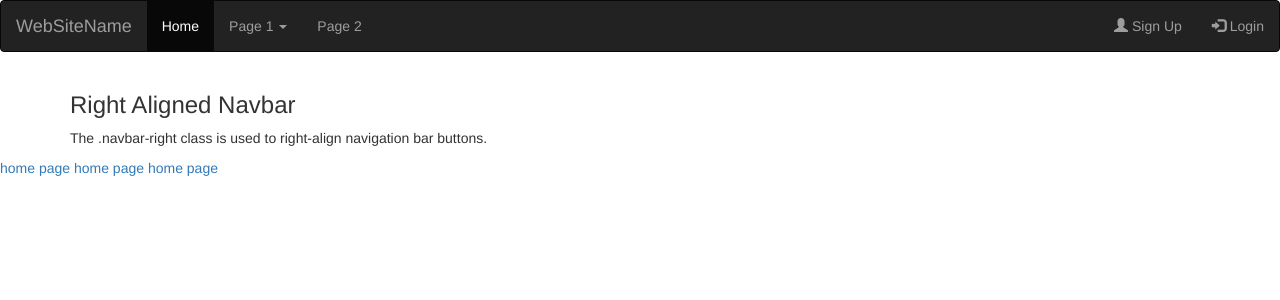
Repository: Shaheenkhan/MECHRONICS
Page: http://localhost/MECHRONICS/
An editor plug-in stored every save of this project. The page is shown before and after the next save, followed by the edit.
The browser window is 1280 px wide. The pictures show the whole page.
The page is served by Tomcat 9. Other server files are loaded and not shown.

Above is the page before, as saved 2016-10-24 07:37:39.

### MECHRONICS/src/main/webapp/index.jsp
<jsp:include page="WEB-INF/views/commonheader.jsp"></jsp:include>



<a href="home">home page</a>

<a href="home">home page</a>

<a href="home">home page</a>

### MECHRONICS/src/main/webapp/WEB-INF/views/commonheader.jsp
<!DOCTYPE html>
<html lang="en">
<head>
  <title>Bootstrap Case</title>
  <meta charset="utf-8">
  <meta name="viewport" content="width=device-width, initial-scale=1">
  <link rel="stylesheet" href="https://maxcdn.bootstrapcdn.com/bootstrap/3.3.7/css/bootstrap.min.css">
  <script src="https://ajax.googleapis.com/ajax/libs/jquery/1.12.4/jquery.min.js"></script>
  <script src="https://maxcdn.bootstrapcdn.com/bootstrap/3.3.7/js/bootstrap.min.js"></script>
</head>
<body>

<nav class="navbar navbar-inverse">
  <div class="container-fluid">
    <div class="navbar-header">
      <a class="navbar-brand" href="#">WebSiteName</a>
    </div>
    <ul class="nav navbar-nav">
      <li class="active"><a href="#">Home</a></li>
      <li class="dropdown"><a class="dropdown-toggle" data-toggle="dropdown" href="#">Page 1 <span class="caret"></span></a>
        <ul class="dropdown-menu">
          <li><a href="#">Page 1-1</a></li>
          <li><a href="#">Page 1-2</a></li>
          <li><a href="#">Page 1-3</a></li>
        </ul>
      </li>
      <li><a href="#">Page 2</a></li>
    </ul>
    <ul class="nav navbar-nav navbar-right">
      <li><a href="#"><span class="glyphicon glyphicon-user"></span> Sign Up</a></li>
      <li><a href="#"><span class="glyphicon glyphicon-log-in"></span> Login</a></li>
    </ul>
  </div>
</nav>

<div class="container">
  <h3>Right Aligned Navbar</h3>
  <p>The .navbar-right class is used to right-align navigation bar buttons.</p>
</div>

</body>
</html>

After the next save:
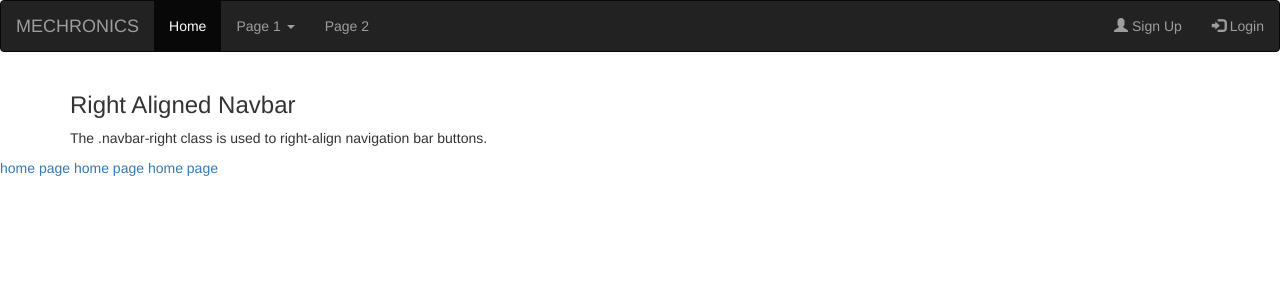
Saved 17 min 23 s later.
--- a/MECHRONICS/src/main/webapp/WEB-INF/views/commonheader.jsp
+++ b/MECHRONICS/src/main/webapp/WEB-INF/views/commonheader.jsp
@@ -13,7 +13,7 @@
 <nav class="navbar navbar-inverse">
   <div class="container-fluid">
     <div class="navbar-header">
-      <a class="navbar-brand" href="#">WebSiteName</a>
+      <a class="navbar-brand" href="#">MECHRONICS</a>
     </div>
     <ul class="nav navbar-nav">
       <li class="active"><a href="#">Home</a></li>
